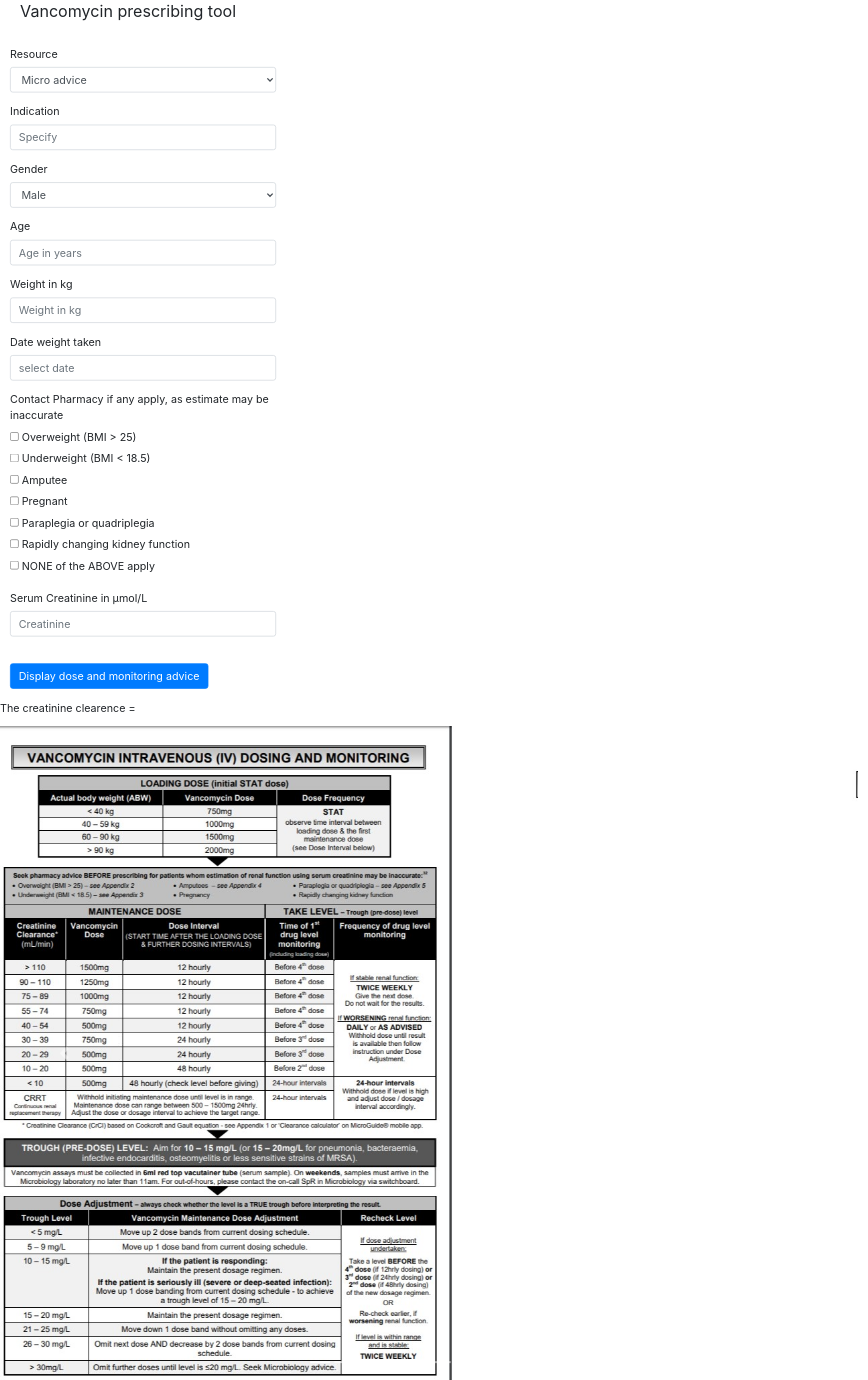
Repository: Mismiles/project-clinical-calculator
Page: index.html
The author's editor kept a record of every edit. The page is drawn from the files as they stood at one moment, then again after the next edit.
The browser window is 1280 px wide. The page is 1280 px wide, then 1295 px, so the pictures cover 1295 px, including what lies to the right of the window. The pictures show the whole page, at 67% of full size.

Above is the page before.

### index.html
<!doctype html>
<html lang="en">
  <head>
    <!-- Required meta tags -->
    <meta charset="utf-8">
    <meta name="viewport" content="width=device-width, initial-scale=1, shrink-to-fit=no">

    <!-- Bootstrap CSS -->
    <link rel="stylesheet" href="https://stackpath.bootstrapcdn.com/bootstrap/4.3.1/css/bootstrap.min.css" integrity="sha384-ggOyR0iXCbMQv3Xipma34MD+dH/1fQ784/j6cY/iJTQUOhcWr7x9JvoRxT2MZw1T" crossorigin="anonymous">

   <!-- Custom CSS -->
    <link href="css/stylesheet.css" rel="stylesheet">




    <title>Vancomycin calculation tool</title>


  </head>
  <body>

<form name="vanc"  action="javascript: validate();";
<fieldset>

<!-- Form Name -->
<legend>Vancomycin prescribing tool</legend>

<!-- Resource -->
<br>
<div class="form-group">
  <label class="col-md-4 control-label" for="resource">Resource</label>
  <div class="col-md-4">
    <select id="resource" name="resource" class="form-control">
      <option value="1">Micro advice</option>
      <option value="2">Hospital guideline</option>
      <option value="">Microguide</option>
    </select>
  </div>
</div>

<!-- Indication-->
<div class="form-group">
  <label class="col-md-4 control-label" for="indication">Indication</label>
  <div class="col-md-4">
  <input id="indication" name="indication" type="text" placeholder="Specify" class="form-control input-md" required="">
  </div>
</div>

<!-- Gender -->
<div class="form-group">
  <label class="col-md-4 control-label" for="gender">Gender</label>
  <div class="col-md-4">
    <select id="gender" name="gender" class="form-control">
      <option value="1">Male</option>
      <option value="2">Female</option>
    </select>
  </div>
</div>

<!-- Age-->
<div class="form-group">
  <label class="col-md-4 control-label" for="age">Age</label>
  <div class="col-md-4">
  <input id="age" name="age" type="text" placeholder="Age in years" class="form-control input-md" required="">
  </div>
</div>

<!-- Weightt-->
<div class="form-group">
  <label class="col-md-4 control-label" for="weight">Weight in kg </label>
  <div class="col-md-4">
  <input id="weight" name="weight" type="text" placeholder="Weight in kg" class="form-control input-md" required="">
  </div>
</div>

<!-- Date picker-->
<div class="form-group">
	<label class="col-md-4 control-label" for="datetimepicker-default">Date weight taken</label>
	<div class="col-md-4">
	<input id="date" name="datetimepicker-default" placeholder="select date" class="form-control input-md" required="">
    </div>
</div>

<!-- Parameters -->
<div class="form-group">
  <label class="col-md-4 control-label" for="parameters">Contact Pharmacy if any apply, as estimate may be inaccurate</label>
  <div class="col-md-4">
  <div class="checkbox">
    <label for="parameters-0">
      <input type="checkbox" name="parameters" id="parameters-0" value="1">
      Overweight (BMI &gt; 25)
    </label>
	</div>
  <div class="checkbox">
    <label for="parameters-1">
      <input type="checkbox" name="parameters" id="parameters-1" value="">
      Underweight (BMI &lt; 18.5)
    </label>
	</div>
  <div class="checkbox">
    <label for="parameters-2">
      <input type="checkbox" name="parameters" id="parameters-2" value="">
      Amputee
    </label>
	</div>
  <div class="checkbox">
    <label for="parameters-3">
      <input type="checkbox" name="parameters" id="parameters-3" value="">
      Pregnant
    </label>
	</div>
  <div class="checkbox">
    <label for="parameters-4">
      <input type="checkbox" name="parameters" id="parameters-4" value="">
      Paraplegia or quadriplegia
    </label>
	</div>
  <div class="checkbox">
    <label for="parameters-5">
      <input type="checkbox" name="parameters" id="parameters-5" value="">
      Rapidly changing kidney function
    </label>
	</div>
  <div class="checkbox">
    <label for="parameters-6">
      <input type="checkbox" name="parameters" id="parameters-6" value="">
      NONE of the ABOVE apply
    </label>
	</div>
  </div>
</div>

<!-- Creatinine-->
<div class="form-group">
  <label class="col-md-4 control-label" for="creatinine">Serum Creatinine in µmol/L</label>
  <div class="col-md-4">
  <input id="creatinine" name="creatinine" type="text" placeholder="Creatinine" class="form-control input-md" required="">

  </div>
</div>

<!-- Button -->
<div class="form-group">
  <label class="col-md-4 control-label" for="calculate"></label>
  <div class="col-md-4">
    <script type="text/javascript" src="js/calculation.js"></script>
    <button id="calc" name="calculate" type="submit" class="btn btn-primary" onclick="validate" >Display dose and monitoring advice</button>
  </div>
</div>

</fieldset>
</form>

<p id="output_text">The creatinine clearence =</p>


<!-- Image carousel -->
  <div id="carouselExampleIndicators" class="carousel slide" data-ride="carousel">
  <ol class="carousel-indicators">
    <li data-target="#carouselExampleIndicators" data-slide-to="0" class="active"></li>
    <li data-target="#carouselExampleIndicators" data-slide-to="1"></li>
    <li data-target="#carouselExampleIndicators" data-slide-to="2"></li>
    <li data-target="#carouselExampleIndicators" data-slide-to="3"></li>
    <li data-target="#carouselExampleIndicators" data-slide-to="4"></li>
    <li data-target="#carouselExampleIndicators" data-slide-to="5"></li>
    <li data-target="#carouselExampleIndicators" data-slide-to="6"></li>
    <li data-target="#carouselExampleIndicators" data-slide-to="7"></li>
    <li data-target="#carouselExampleIndicators" data-slide-to="8"></li>
    <li data-target="#carouselExampleIndicators" data-slide-to="9"></li>
  </ol>
  <div class="carousel-inner">
    <div class="carousel-item active">
      <img class="d-block w-60" src="images/vanc1.jpg" alt="First slide">
    </div>
    <div class="carousel-item">
      <img class="d-block w-60" src="images/app1.jpg" alt="Second slide">
    </div>
    <div class="carousel-item">
      <img class="d-block w-60" src="images/app2.jpg" alt="Third slide">
    </div>
    <div class="carousel-item">
      <img class="d-block w-60" src="images/app3.jpg" alt="Fourth slide">
    </div>
    <div class="carousel-item">
      <img class="d-block w-60" src="images/app41.jpg" alt="Fifth slide">
    </div>
    <div class="carousel-item">
      <img class="d-block w-60" src="images/app42.jpg" alt="Sixth slide">
    </div>
     <div class="carousel-item">
      <img class="d-block w-60" src="images/app43.jpg" alt="Seventh slide">
    </div>
     <div class="carousel-item">
      <img class="d-block w-60" src="images/app5.jpg" alt="Eigth slide">
     </div>
     <div class="carousel-item">
      <img class="d-block w-60" src="images/app6.jpg" alt="Ninth slide">
     </div>
  </div>

  <a class="carousel-control-prev" href="#carouselExampleIndicators" role="button" data-slide="prev">
    <span class="carousel-control-prev-icon" aria-hidden="true"></span>
    <span class="sr-only">Previous</span>
  </a>
  <a class="carousel-control-next" href="#carouselExampleIndicators" role="button" data-slide="next">
    <span class="carousel-control-next-icon" aria-hidden="true"></span>
    <span class="sr-only">Next</span>
  </a>
</div>


    <!-- jQuery first, then Popper.js, then Bootstrap JS -->
    <script src="https://code.jquery.com/jquery-3.3.1.slim.min.js" integrity="sha384-q8i/X+965DzO0rT7abK41JStQIAqVgRVzpbzo5smXKp4YfRvH+8abtTE1Pi6jizo" crossorigin="anonymous"></script>
    <script src="https://cdnjs.cloudflare.com/ajax/libs/popper.js/1.14.7/umd/popper.min.js" integrity="sha384-UO2eT0CpHqdSJQ6hJty5KVphtPhzWj9WO1clHTMGa3JDZwrnQq4sF86dIHNDz0W1" crossorigin="anonymous"></script>
    <script src="https://stackpath.bootstrapcdn.com/bootstrap/4.3.1/js/bootstrap.min.js" integrity="sha384-JjSmVgyd0p3pXB1rRibZUAYoIIy6OrQ6VrjIEaFf/nJGzIxFDsf4x0xIM+B07jRM" crossorigin="anonymous"></script>

        <!-- Calulation JavaScript Code-->
    <script type="text/javascript" href="js/calculation.js"></script>


  </body>
</html>

### css/stylesheet.css
body {
    position: relative;

}

legend {
    padding-left: 30px;
}

### js/calculation.js

        var gender, age, weight, creatinine;
        var outputText;

        function validate() {

            // get the input
            gender = document.forms["vanc"]["gender"].value;
            age = document.forms["vanc"]["age"].value;
            weight = document.forms["vanc"]["weight"].value;
            creatinine = document.forms["vanc"]["creatinine"].value;

            // validate age, weight, creatinie
            if (age < 18) {
                outputText = "<em>Age</em> cannot equal less than 18!";
            } else if (isNaN(age)) {
                outputText = "<em>Age</em> must be a number!";
            } else if (isNaN(weight)) {
                outputText = "<em>Weight</em> must be a number!";
            } else if (isNaN(creatinine)) {
                outputText = "<em>Creatinine</em> must be a number!";
            } else {
                // calculate the result using ((140-age)*weight)/creatinine
                var CrCl1 = ((140-age)*weight)/(creatinine);
                var CrCl = CrCl1.toFixed(2);
                outputText = "The creatinine clearence =" + CrCl + " ml/min";
            }

            // output the result (or errors)
            document.getElementById("output_text").innerHTML = outputText;
        }

After the next edit:
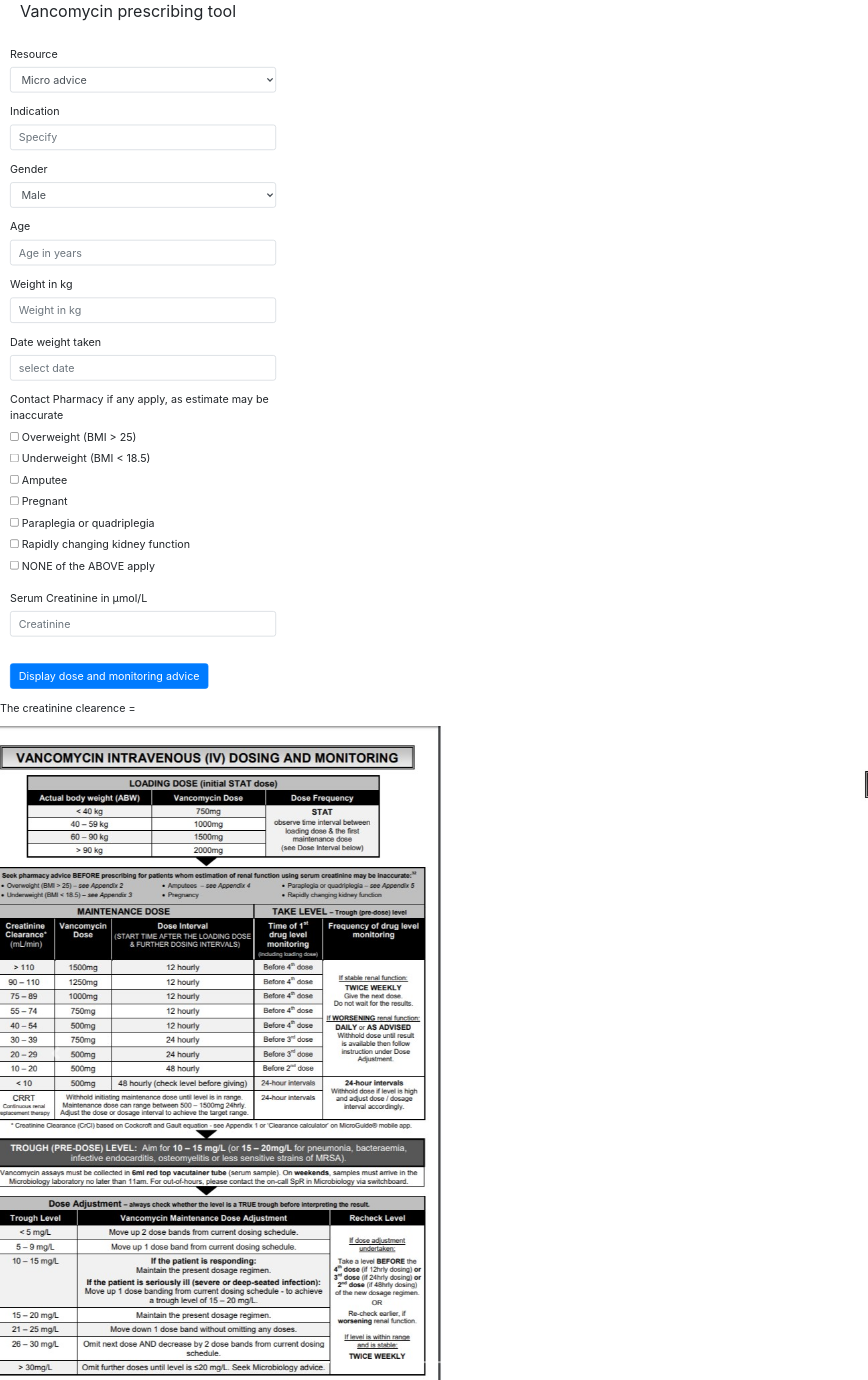
The edit:
--- a/index.html
+++ b/index.html
@@ -156,7 +156,7 @@
 
 
 <!-- Image carousel -->
-  <div id="carouselExampleIndicators" class="carousel slide" data-ride="carousel">
+  <div id="carouselExampleIndicators" class="carousel slide row" data-ride="carousel">
   <ol class="carousel-indicators">
     <li data-target="#carouselExampleIndicators" data-slide-to="0" class="active"></li>
     <li data-target="#carouselExampleIndicators" data-slide-to="1"></li>
